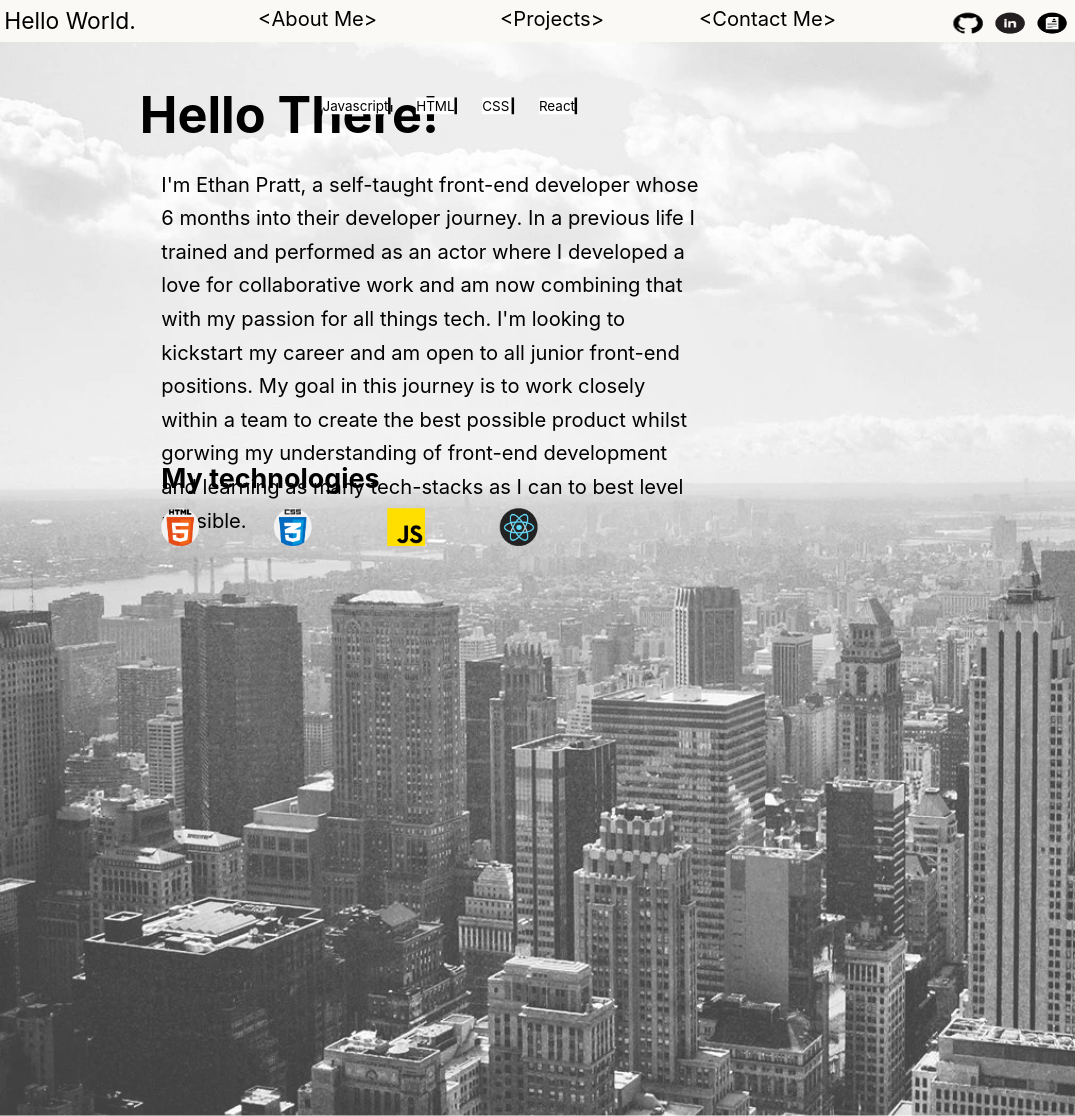
Repository: ghend99/website_ethan_pratt
Page: /about
An editor plug-in stored every save of this project. The page is shown before and after the next save, followed by the edit.
The browser window is 1280 px wide. The pictures show the whole page, at 84% of full size.
The project was rebuilt for these pictures with package versions that can differ from the ones it lists, and the page was loaded fresh each time. Also part of the build but not shown: src/pages/home.js, src/pages/project.js, src/css/contact.css, src/pages/contact.js.

Above is the page before, as saved 2023-04-03 12:35:17.

### public/index.html
<!DOCTYPE html>
<html lang="en">
  <head>
    <meta charset="utf-8" />
    <link rel="icon" href="%PUBLIC_URL%/favicon.ico" />
    <meta name="viewport" content="width=device-width, initial-scale=1" />
    <meta name="theme-color" content="#000000" />
    <meta
      name="description"
      content="Web site created using create-react-app"
    />
    <link rel="apple-touch-icon" href="%PUBLIC_URL%/logo192.png" />
    <!--
      manifest.json provides metadata used when your web app is installed on a
      user's mobile device or desktop. See https://developers.google.com/web/fundamentals/web-app-manifest/
    -->
    <link rel="manifest" href="%PUBLIC_URL%/manifest.json" />
    <!--
      Notice the use of %PUBLIC_URL% in the tags above.
      It will be replaced with the URL of the `public` folder during the build.
      Only files inside the `public` folder can be referenced from the HTML.

      Unlike "/favicon.ico" or "favicon.ico", "%PUBLIC_URL%/favicon.ico" will
      work correctly both with client-side routing and a non-root public URL.
      Learn how to configure a non-root public URL by running `npm run build`.
    -->
    <title>Ethan Pratt | Junior Front-End Developer</title>
  </head>
  <body>
    <noscript>You need to enable JavaScript to run this app.</noscript>
    <div id="root"></div>
    <!--
      This HTML file is a template.
      If you open it directly in the browser, you will see an empty page.

      You can add webfonts, meta tags, or analytics to this file.
      The build step will place the bundled scripts into the <body> tag.

      To begin the development, run `npm start` or `yarn start`.
      To create a production bundle, use `npm run build` or `yarn build`.
    -->
  </body>
</html>

### src/App.js
import { BrowserRouter as Router, Routes, Route } from "react-router-dom";
import { Home } from "./pages/home";
import { About } from "./pages/about.js";
import { Project } from "./pages/project.js";
import { Contact } from "./pages/contact.js";

function App() {
  return (
    <div className="App">
      <Router>
        <Routes>
          <Route path="/" element={<Home />} />
          <Route path="/projects" element={<Project />} />
          <Route path="/about" element={<About />} />
          <Route path="/contact" element={<Contact />} />
        </Routes>
      </Router>
    </div>
  );
}

export default App;

### src/pages/about.js
import "../css/about.css";
import { Header } from "../components/header.js";
import html from "../images/html.png";
import css from "../images/css.png";
import javascript from "../images/javascript.png";
import react from "../images/react.png";

export const About = () => {
  return (
    <div className="bg">
      <Header />
      <div className="about-container">
        {/* Infomration Container */}
        <div className="info-container">
          <section className="about">
            <h1 className="about-header">Hello There!</h1>
            <p className="about-paragraph">
              I'm Ethan Pratt, a self-taught front-end developer whose 6 months
              into their developer journey. In a previous life I trained and
              performed as an actor where I developed a love for collaborative
              work and am now combining that with my passion for all things
              tech. I'm looking to kickstart my career and am open to all junior
              front-end positions. My goal in this journey is to work closely
              within a team to create the best possible product whilst gorwing
              my understanding of front-end development and learning as many
              tech-stacks as I can to best level possible.
            </p>
          </section>
          <div className="technology">
            <p className="tech-stack">Javascript</p>
            <p className="tech-stack">HTML</p>
            <p className="tech-stack">CSS</p>
            <p className="tech-stack">React</p>
          </div>
        </div>

        {/* Technology Container */}
        <div id="technology-container">
          <h2 className="technology-header">My technologies</h2>
          <img
            className="stack-html"
            id="stack-icon"
            src={html}
            alt="html logo"
          />
          <img className="stack-css" id="stack-icon" src={css} alt="css-logo" />
          <img
            className="stack-javascript"
            id="stack-icon"
            src={javascript}
            alt="javascript-logo"
          />
          <img
            className="stack-react"
            id="stack-icon"
            src={react}
            alt="react-logo"
          />
        </div>
      </div>
    </div>
  );
};

### src/components/header.js
import React, { useState } from "react";
import { Link } from "react-router-dom";
import "../css/header.css";
import github from "../images/github.png";
import linkedin from "../images/linkedin.png";
import resume from "../images/resume.png";
import menu from "../images/menu.png";

export const Header = () => {
  return (
    <div className="header-container">
      <Link className="header-title" to="/">
        Hello World.
      </Link>
      <Link id="header-nav" className="header-projects" to="/projects">
        &lt;Projects&gt;
      </Link>
      <Link id="header-nav" className="header-about" to="/about">
        &lt;About Me&gt;
      </Link>
      <Link id="header-nav" className="header-contact" to="/contact">
        &lt;Contact Me&gt;
      </Link>
      <a href="https://github.com/ghend99" target={"_blank"}>
        <img id="header-socials" className="header-github" src={github} />
      </a>
      <a href="https://www.linkedin.com/in/ethanapratt/" target={"_blank"}>
        <img id="header-socials" className="header-linkedin" src={linkedin} />
      </a>
      <a
        href="https://acrobat.adobe.com/link/review?uri=urn:aaid:scds:US:74a2b676-94fc-39cd-90a1-4f5be50c7792"
        target={"_blank"}
      >
        <img id="header-socials" className="header-resume" src={resume} />
      </a>

      <div className="header-socials-list">
        <a href="https://github.com/ghend99" target={"_blank"}>
          <p className="header-socials-text">Github</p>
        </a>
        <a href="https://www.linkedin.com/in/ethanapratt/" target={"_blank"}>
          <p className="header-socials-text">LinkedIn</p>
        </a>
        <a href="https://www.linkedin.com/in/ethanapratt/" target={"_blank"}>
          <p className="header-socials-text">Resume</p>
        </a>
      </div>
    </div>
  );
};

### src/css/home.css
@import url("https://fonts.googleapis.com/css2?family=Bitter&display=swap");

#center-container {
  position: relative;
  max-width: 25%;
  min-width: 500px;
  height: 20%;
  border-bottom: solid;
  /* background-color: aqua; */
  margin-left: auto;
  margin-right: auto;
  top: 10%;
  text-align: center;
  padding: 70px 0;
}

.home-name {
  top: 0;
  font-size: 50px;
  font-weight: bold;
}

.home-job-title {
  font-size: 32px;
  font-family: "Bitter";
}

.home-resume,
.home-github,
.home-linkedin {
  position: absolute;
  bottom: -50px;
  text-decoration: none;
  color: black;
  font-size: 20px;
  font-weight: bold;
  height: 50px;
  padding-bottom: 10px;
}

.home-resume:hover,
.home-github:hover,
.home-linkedin:hover {
  border-bottom: solid;
}

.home-github {
  left: 0;
}

.home-linkedin {
  left: 45%;
}

.home-resume {
  right: 0;
}

### src/css/about.css
.about-container {
  position: relative;
  max-width: 100%;
  min-width: 600px;
  max-height: 100%;
  min-height: 550px;
  /* background-color: lightyellow; */
}

.info-container {
  position: relative;
  max-width: 100%;
  min-width: 530px;
  max-height: 100%;
  min-height: 420px;
  top: 50px;
  /* background-color: lightgreen; */
}

.about-header {
  position: absolute;
  /* display: inline-block; */
  left: 13%;
  margin: 0;
  font-size: 60px;
}

.about-paragraph {
  position: absolute;
  top: 100px;
  left: 15%;
  max-width: 50%;
  min-width: 500px;
  margin: 0;
  font-size: 24px;
  line-height: 40px;
}

.technology {
  width: 50%;
  position: absolute;
  display: grid;
  grid-template-columns: 0.1fr 0.1fr 0.1fr 0.1fr;
  column-gap: 30px;
  grid-template-rows: 1fr;
  flex-direction: row;
  left: 30%;
}

.tech-stack {
  border-right: solid;
  margin-right: 0;
  background-color: white;
}

#technology-container {
  position: relative;
  top: 30px;
  max-width: 70%;
  min-width: 40%;
  max-height: 100%;
  min-height: 150px;
  left: 15%;
  margin: 0;
  /* background-color: lightblue; */
}

.technology-header {
  position: absolute;
  margin: 0;
  font-size: clamp(2rem, 1vw, 4rem);
}

#stack-icon {
  position: absolute;
  top: 55px;
  width: 5%;
}

.stack-html {
  left: 0;
}

.stack-css {
  left: 15%;
}

.stack-javascript {
  left: 30%;
}

.stack-react {
  left: 45%;
}

@media screen and (min-width: 0) and (max-width: 1740px) {
  #technology-container {
    top: 20px;
  }
}

@media screen and (min-width: 0) and (max-width: 1500px) {
  #technology-container {
    top: 80px;
  }
}

@media screen and (min-width: 0) and (max-width: 724px) {
  #technology-container {
    top: 100px;
  }
}

@media screen and (min-width: 0) and (max-width: 705px) {
  #technology-container {
    top: 120px;
  }
}

### src/css/header.css
@import url("https://fonts.googleapis.com/css2?family=Bitter&display=swap");

.header-socials-text {
  color: black;
  text-decoration: none;
  border-bottom: none;
}

.header-container {
  position: relative;
  display: flex;
  flex-direction: row;
  max-width: 100%;
  min-width: 530px;
  max-height: 200px;
  min-height: 50px;
  background-color: #faf9f6;
  /* padding-top: 20px; */
}

.header-title {
  position: absolute;
  left: 5px;
  margin: 0;
  margin-right: clamp(20px, 50px, 30px);
  font-size: clamp(1rem, 4vw, 1.7rem);
  top: 8px;
  text-decoration: none;
  color: black;
}

#header-nav {
  position: absolute;
  display: flex;
  font-size: clamp(1rem, 4vw, 1.5rem);
  margin: 0;
  margin-right: clamp(20px, 50px, 30px);
  top: 8px;
}

.header-projects {
  left: clamp(30%, 46.5%, 60%);
  text-decoration: none;
  color: black;
}

.header-about {
  margin: 0;
  margin-left: 50px;
  margin-right: 100px;
  left: clamp(5px, 24%, 55%);
  text-decoration: none;
  color: black;
}

.header-contact {
  left: clamp(20%, 65%, 70%);
  text-decoration: none;
  color: black;
}

#header-socials {
  max-width: 11%;
  min-width: 35px;
  max-height: 50%;
  min-height: 10px;
  top: 15px;
  cursor: pointer;
}

#header-nav:hover {
  border-bottom: solid;
}

.header-github {
  position: absolute;
  right: clamp(10px, 12%, 110px);
}

.header-linkedin {
  position: absolute;
  right: clamp(5px, 10%, 60px);
}

.header-resume {
  position: absolute;
  right: clamp(10px, 10%, 10px);
}

.bg {
  position: relative;
  max-width: 100%;
  min-width: 650px;
  height: 100vh;
  min-height: 83rem;
  background-size: cover;
  background-repeat: no-repeat;
  background-position: center center;
}

.bg::before {
  content: "";
  background-image: url(../images/background-image.jpg);
  background-size: cover;
  position: absolute;
  top: 0px;
  right: 0px;
  bottom: 0px;
  left: 0px;
  opacity: 0.75;
}

.header-socials-list {
  position: absolute;
  right: 10px;
  top: 50px;
  font-size: 12px;
  font-weight: bold;
  font-family: "Bitter";
  color: black;
  opacity: 0;
  transition: all 0.2s;
}

@media screen and (min-width: 0) and (max-width: 1028px) {
  #header-socials {
    display: none;
  }

  .header-socials-list {
    opacity: 1;
  }
}

@media screen and (min-width: 0) and (max-width: 612px) {
  #header-nav {
    top: 13px;
    font-size: 22px;
  }

  .header-socials-menu {
    top: 15px;
    right: 10px;
    width: 20px;
    height: 20px;
  }
}

@media screen and (min-width: 0) and (max-width: 554px) {
  #header-nav {
    font-size: 20px;
  }

  .header-title {
    top: 15px;
    font-size: 16px;
  }
}

### src/css/project.css
@import url("https://fonts.googleapis.com/css2?family=Bitter&display=swap");

#projects-container {
  position: absolute;
  display: grid;
  grid-template-columns: 1fr 1fr 1fr;
  grid-template-rows: 3fr;
  max-width: 80%;
  min-width: 70%;
  max-height: 400vh;
  min-height: 150px;
  background-color: blue;
  /* opacity: 0.7; */
  left: 10%;
  top: 10%;
}

#single-project {
  position: relative;
  max-width: 100%;
  max-height: 600px;
  min-height: clamp(30%, 450px, 800px);
  border: solid;
  text-align: center;
  background-color: #faf9f6;
}

.project-name {
  font-family: "Bitter";
  font-size: clamp(18px, 24px, 30px);
}

#project-image {
  position: relative;
  max-width: 80%;
  max-height: 75%;
  min-height: 20%;
  top: -10px;
  margin-left: auto;
  margin-right: auto;
}

.image {
  width: 70%;
}

.project-footer {
  position: absolute;
  display: grid;
  grid-template-columns: 1fr 1fr 1fr;
  text-align: center;
  width: 100%;
  height: 6%;
  bottom: 0;
}

.source-link,
.source-demo,
.project-info {
  position: absolute;
  text-decoration: none;
  color: black;
  font-size: clamp(0.8rem, 0.5vw, 0.8rem);
  font-weight: bold;
  height: 20px;
  cursor: pointer;
}

.source-link {
  left: 5px;
}

.source-demo {
  right: 5px;
}

#project-information {
  font-size: 14px;
}

.source-link:hover,
.source-demo:hover,
.project-info:hover {
  border-bottom: solid;
}

@media screen and (min-width: 0) and (max-width: 1028px) {
  #project-container {
    grid-template-columns: 1fr 1fr 1fr;
  }

  #single-project {
    height: 50%;
  }

  .project-footer {
    grid-template-rows: 0.5fr;
    bottom: 0;
  }

  .source-link,
  .source-demo,
  .project-info {
    font-size: 10px;
    font-weight: bold;
  }

  .source-link {
    margin: 0;
  }

  .source-demo {
    margin: 0;
    right: 7px;
  }

  .project-info {
    margin: 0;
    top: -4px;
  }
}

@media screen and (min-width: 0) and (max-width: 708px) {
  #projects-container {
    height: 20%;
  }

  .project-footer {
    bottom: 0;
  }

  .source-link,
  .source-demo,
  .project-info {
    font-size: 8px;
  }

  /* #single-project {
    min-height: 300px;
  } */
}

Loaded but not shown: src/index.js (common file); src/index.css (common file)

After the next save:
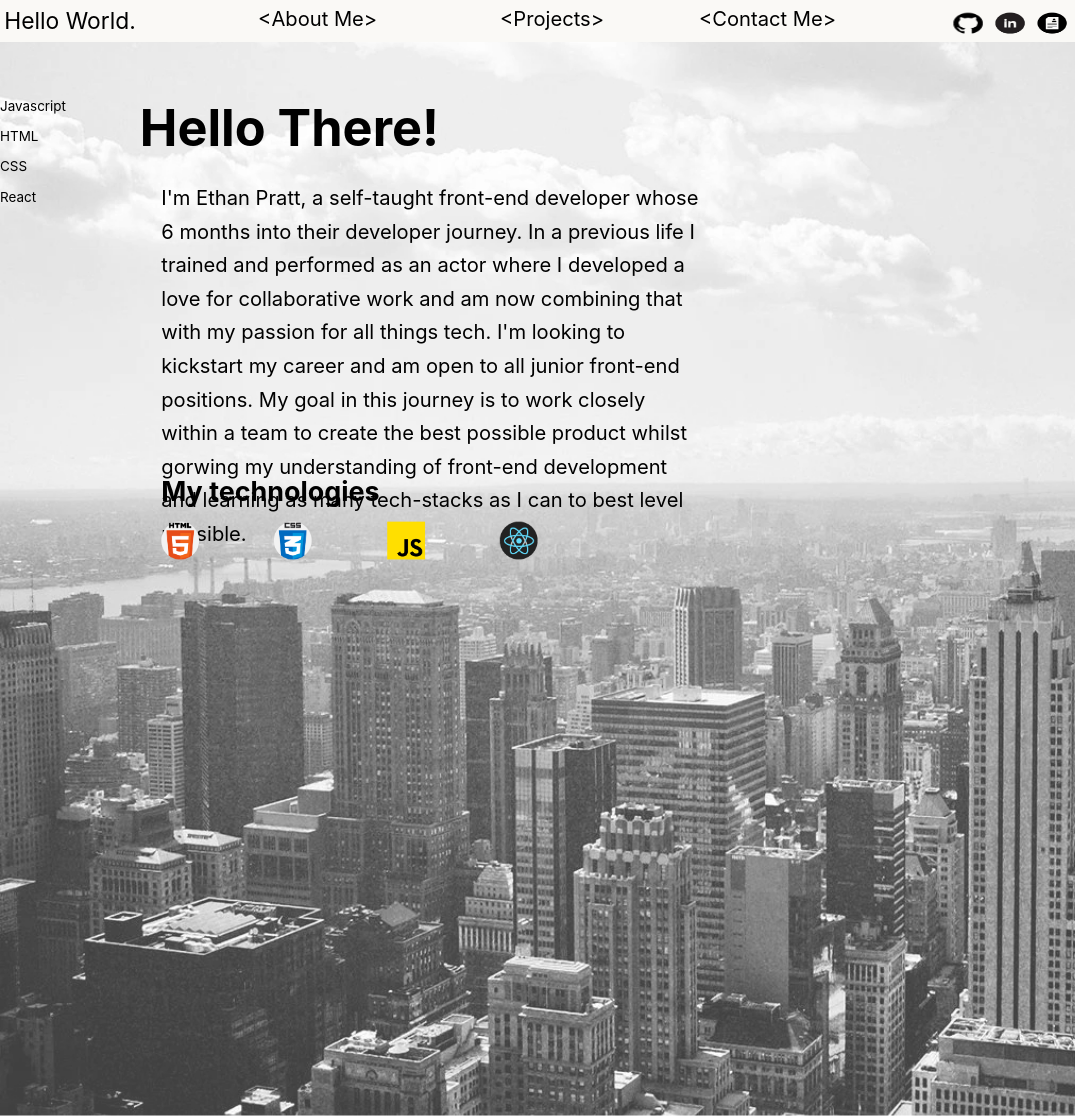
Saved 24 s later.
--- a/src/css/about.css
+++ b/src/css/about.css
@@ -34,23 +34,6 @@
   margin: 0;
   font-size: 24px;
   line-height: 40px;
-}
-
-.technology {
-  width: 50%;
-  position: absolute;
-  display: grid;
-  grid-template-columns: 0.1fr 0.1fr 0.1fr 0.1fr;
-  column-gap: 30px;
-  grid-template-rows: 1fr;
-  flex-direction: row;
-  left: 30%;
-}
-
-.tech-stack {
-  border-right: solid;
-  margin-right: 0;
-  background-color: white;
 }
 
 #technology-container {

After the save that followed:
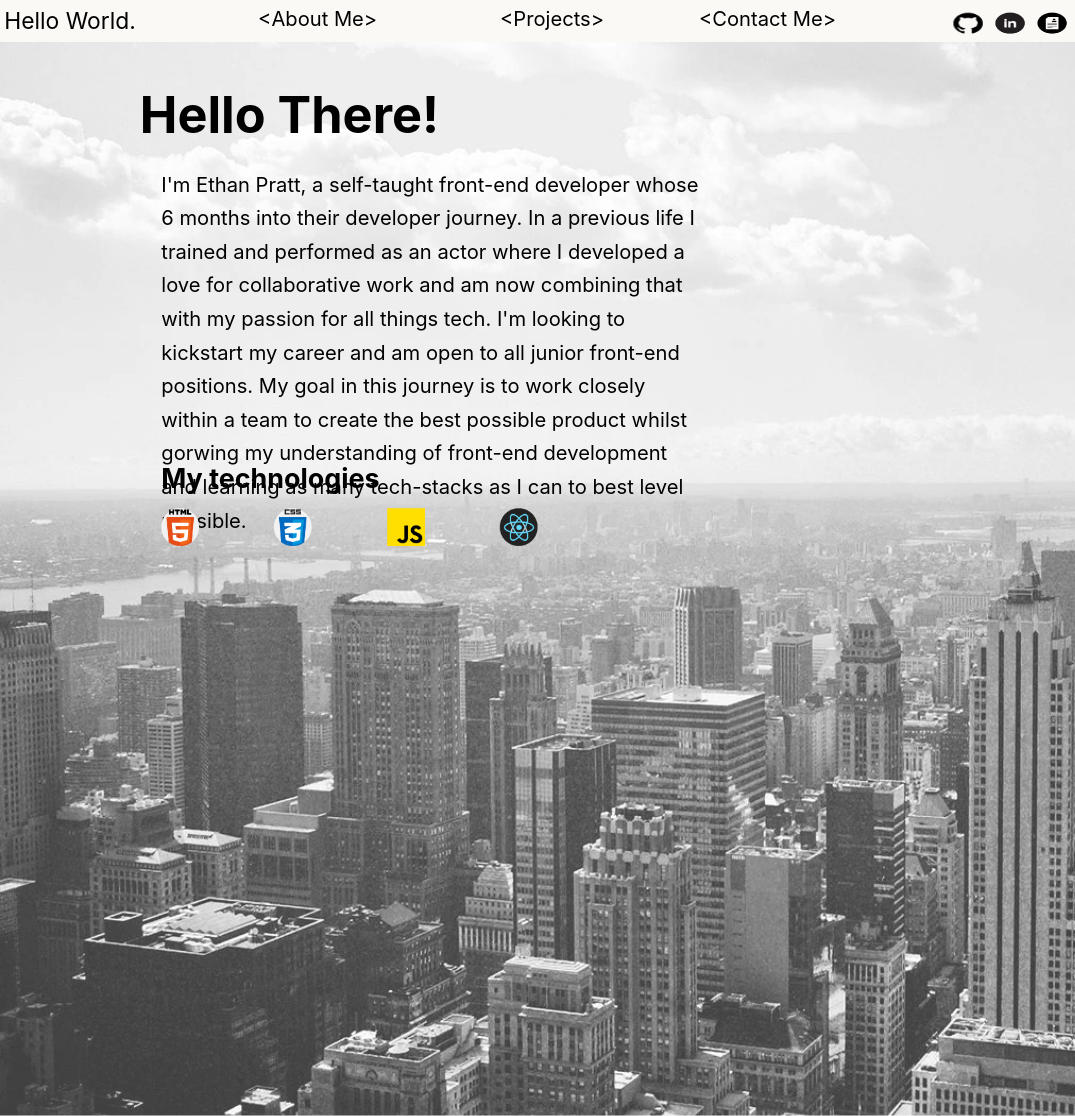
Saved 2 s later.
--- a/src/pages/about.js
+++ b/src/pages/about.js
@@ -26,12 +26,6 @@ export const About = () => {
               tech-stacks as I can to best level possible.
             </p>
           </section>
-          <div className="technology">
-            <p className="tech-stack">Javascript</p>
-            <p className="tech-stack">HTML</p>
-            <p className="tech-stack">CSS</p>
-            <p className="tech-stack">React</p>
-          </div>
         </div>
 
         {/* Technology Container */}
